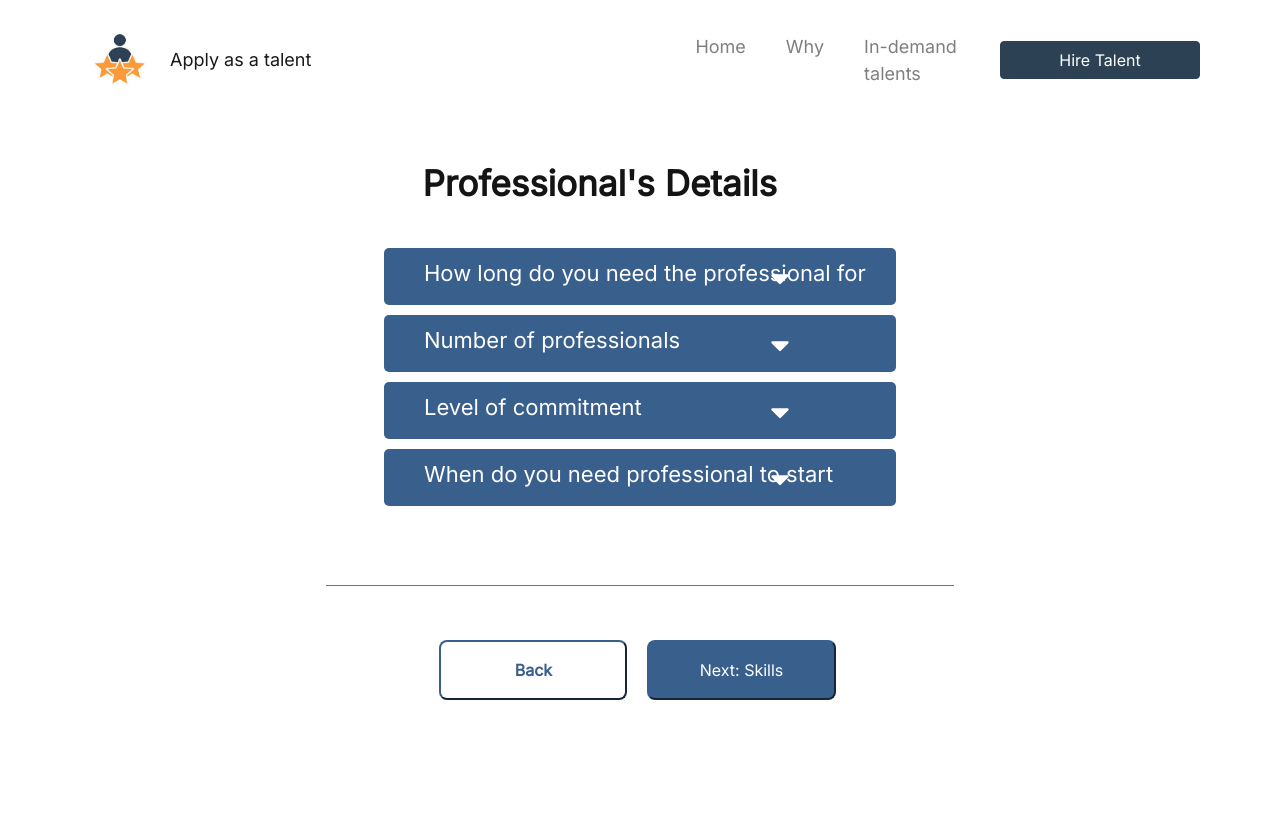
Repository: Ashwe9/talent-hire-reactJs
Page: /professionaldetails
The author's editor kept a copy of each file at every save. The page is drawn from the files as they stood at one save, then again after the next save.
The browser window is 1280 px wide. The pictures show the whole page.
The project was rebuilt for these pictures with package versions that can differ from the ones it lists, and the page was loaded fresh each time. Also part of the build but not shown: src/homePage/components/TrustedBy/TrustedBy.css, src/homePage/components/TrustedBy/TrustedBy.js, src/homePage/components/Roles/Roles.css, src/homePage/components/Roles/Roles.js, src/homePage/components/homePageFooter/HomePageFooter.css, src/homePage/components/homePageFooter/HomePageFooter.js, src/homePage/HomePage.js, src/kpisPage/Header.css and 9 more.

Above is the page before, as saved 2022-08-20 14:26:22.

### public/index.html
<!DOCTYPE html>
<html lang="en">
  <head>
    <meta charset="utf-8" />
    <link rel="icon" href="%PUBLIC_URL%/favicon.ico" />
    <meta name="viewport" content="width=device-width, initial-scale=1" />
    <meta name="theme-color" content="#000000" />
    <meta
      name="description"
      content="Web site created using create-react-app"
    />
    <link rel="manifest" href="%PUBLIC_URL%/manifest.json" />
    <link rel="stylesheet" href="https://stackpath.bootstrapcdn.com/bootstrap/4.4.1/css/bootstrap.min.css" integrity="sha384-Vkoo8x4CGsO3+Hhxv8T/Q5PaXtkKtu6ug5TOeNV6gBiFeWPGFN9MuhOf23Q9Ifjh" crossorigin="anonymous">
    <link href='https://fonts.googleapis.com/css?family=Inter' rel='stylesheet'>

    <title>App</title>
  </head>
  <body>
    <noscript>You need to enable JavaScript to run this app.</noscript>
    <div id="root"></div>
    <script src="https://code.jquery.com/jquery-3.4.1.slim.min.js" integrity="sha384-J6qa4849blE2+poT4WnyKhv5vZF5SrPo0iEjwBvKU7imGFAV0wwj1yYfoRSJoZ+n" crossorigin="anonymous"></script>
    <script src="https://cdn.jsdelivr.net/npm/popper.js@1.16.0/dist/umd/popper.min.js" integrity="sha384-Q6E9RHvbIyZFJoft+2mJbHaEWldlvI9IOYy5n3zV9zzTtmI3UksdQRVvoxMfooAo" crossorigin="anonymous"></script>
    <script src="https://stackpath.bootstrapcdn.com/bootstrap/4.4.1/js/bootstrap.min.js" integrity="sha384-wfSDF2E50Y2D1uUdj0O3uMBJnjuUD4Ih7YwaYd1iqfktj0Uod8GCExl3Og8ifwB6" crossorigin="anonymous"></script>  </body>
</html>

### src/App.js
import React from 'react'
import { BrowserRouter as Router, Route, Routes, Navigate } from 'react-router-dom';
import { HomePage } from './homePage/HomePage';
import KPISPage from './kpisPage/KPISPage';
import ProjectDetails from './projectDetails/ProjectDetails';
import ProfessionalDetails from './professionalDetails/ProfessionalDetails';

function App() {
  return (
    <Router>
      <Routes>
        <Route exact path="*" element={<Navigate to="/" replace />}/>
        <Route exact path="/" element={<HomePage />} />
        <Route exact path="/kpis" element={<KPISPage />} />
        <Route exact path="/projectdetails" element={<ProjectDetails />} />
        <Route exact path="/professionaldetails" element={<ProfessionalDetails />} />

      </Routes>
    </Router>
  );
}

export default App;

### src/professionalDetails/ProfessionalDetails.js
import React from 'react'
import './ProfessionalDetails.css'
import { Navbar } from '../shared-components/Navbar/Navbar'
import { Footer } from '../shared-components/Footer/Footer'
import DropDown from './DropDown'
import Header from './Header'

const ProfessionalDetails = () => {
  return (
    <div>
      <Navbar />
      <Header />
      <DropDown title="How long do you need the professional for"/>
      <DropDown title="Number of professionals"/>
      <DropDown title="Level of commitment"/>
      <DropDown title="When do you need professional to start"/>
      <Footer nextTitle="Next: Skills" nextPath="/skills" previousPath="/projectdetails" />
    </div>
  )
}

export default ProfessionalDetails

### src/shared-components/Navbar/Navbar.js
import React from 'react'
import './Navbar.css'
import { Navigate, useNavigate } from 'react-router-dom'

export const Navbar = () => {
  let navigate = useNavigate();

  return (
    <nav className="navbar navbar-expand-lg navbar-light">
      <img src= {require('../../assets/icon.png')} className="icon"/>
      <a className="navbar-brand title" href="#">Apply as a talent</a>
      <button className="navbar-toggler" type="button" data-toggle="collapse" data-target="#navbarText" aria-controls="navbarText" aria-expanded="false" aria-label="Toggle navigation">
        <span className="navbar-toggler-icon"></span>
      </button>
      <div className="collapse navbar-collapse" id="navbarText">
        <ul className="navbar-nav mr-auto">
          <li className="nav-item">
            <a className="nav-link" href="" onClick={() => {
                navigate('/', { replace: true });
              } }>Home</a>
          </li>

          <li className="nav-item">
            <a className="nav-link" href="#">Why</a>
          </li>
          <li className="nav-item">
            <a className="nav-link" href="#">In-demand talents</a>
          </li>
        </ul>
        <span className="navbar-text">
          <button className='btn btn-dark navbar-btn'>Hire Talent</button>
        </span>
      </div>
    </nav>
  )
}

### src/shared-components/Footer/Footer.js
import React from 'react'
import './Footer.css'
import { useNavigate  } from 'react-router-dom'


export  const Footer = ({nextTitle, nextPath, previousPath}) => {

  let navigate = useNavigate();

  const goNext = () => {
    let path =  nextPath;
    navigate(path);
  };
  const goBack = () => {
    let path =  previousPath;
    navigate(path);
  };

  return (
      <footer>
        <div className='Footer-box'>
            <hr id="footer-line"/>
            <div className='buttons'>
              <button className='Footer-button-back'
              onClick={goBack}
                >Back</button>

              <button className='Footer-button-next'
              onClick={goNext}
                >{nextTitle}</button>
        </div>
        </div>
      </footer>
    )
  }

### src/professionalDetails/DropDown.js
import {FaCaretDown, FaCaretUp} from 'react-icons/fa'
import React , { useState } from 'react'
import './DropDown.css'
import { left } from '@popperjs/core'


const DropDown = ({title}) => {
    const [x, setCount] = useState(0);
    const incrementCount = () => {
        setCount(x + 1);
      };

  return (
    <div>
        <div className='dropdowns-box' onClick={incrementCount} >
            <p className='dropdowns-title'>{title}</p>
            <a> { x%2===0 ? <FaCaretDown id='icons' size={30} style={{}} /> : <FaCaretUp id='icons' size={30} style={{}} />}</a>
        </div>
        {/* x%2===1 ? <Talents title={title}/> : <></>*/}
    </div>
  )
}

export default DropDown

### src/professionalDetails/Header.js
import React from 'react'

const Header = () => {
  return (
    <div className='headers-box'>
        <p className='header'>
            Professional's Details
        </p>
    </div>
  )
}

export default Header

### src/shared-components/Navbar/Navbar.css
.icon{
    width: 80px;
}

.title{
    font-family: "Inter";
    font-style: normal;
    font-weight: 500;
    font-size: 18px;
    line-height: 28px;
    align-items: center;
    color: #444444;
    padding-left: 10px;
}

#navbarText{
    margin-left: 30%;
}
.navbar-items{
    margin: 0 35%;

}

.nav-item{
    font-family: "Inter";
    font-style: normal;
    font-weight: 500;
    font-size: 18px;
    align-items: center;
    color: #444444;
    padding-left: 24px;
}

.navbar-btn{
    font-family: "Inter";
    font-style: bold;
    background: #2c4154;
    /* padding: 5px 50px; */
    border-color: #2c4154;
    width: 200px;
}

.navbar{
    margin: 10px 5%;
}

@media only screen and (max-width: 600px) {
    body {
      background-color: lightblue;
    }
  }

### src/shared-components/Footer/Footer.css
#footer-line{
    background-color: gray;
    width: 50%;
}

.Footer-box{
    margin-top: 50px;
    padding: 1%;
}

.buttons{
    display: flex;
}

.Footer-button-back{
    margin-top: 3%;
    /* margin-left: 30%; */
    font-family: "Inter";
    font-style: bolder;
    font-weight: 700;
    padding: 1% 1%;
    background-color: white;
    border-color: #395f8c;
    color: #395f8c;
    height: 60px;
    width: 15%;
    border-radius: 0.5rem;
    margin-left: 34%;
    margin-bottom: 10%;
}
.Footer-button-next{
    margin-top: 3%;
    /* margin-left: 30%; */
    font-family: "Inter";
    font-style: bold;
    font-weight: 500;
    background: #395f8c;
    border-color: #395f8c;
    padding: 1% 1%;
    height: 60px;
    width: 15%;
    border-radius: 0.5rem;
    margin-bottom: 10%;
    margin-left: 20px;
    color: white;
    line-height: 1;
}

@media only screen and (max-width: 700px) {
    #footer-line{
        background-color: gray;
        width: 80%;
    }
    .Footer-button-next{
        padding: 2% ;
        height: 10%;
        width: fit-content;
        margin-left: 5%;
        font-size: 12px;
    }
    .Footer-button-back{
        padding: 2% ;
        height: 10%;
        width: 20%;
        margin-left: 20%;
        font-size: 12px;
    }
}

### src/projectDetails/Header.css
.headers-box{
    margin: 20px 30%;
    padding: 3%;
    padding-bottom: 0%;
    align-items: center;
    width: 40%;
}

.header{
    font-family: "Inter";
    font-style: bolder;
    font-weight: 600;
    font-size: 35px;
    line-height: 30px;
    align-items: center;
    color: #141414;
    margin-bottom: 50px;
}

.header-by-title{
    font-family: "Inter";
    font-style: bolder;
    font-weight: 700;
    font-size: 25px;
    line-height: 30px;
    align-items: center;
    color: #141414;
}


@media only screen and (max-width: 700px) {

    .header-by-title{
        font-size: 16px;
    }

    .header-box{
        margin-left: 40px;
        width: 100%;
    }
  }
@media only screen and (max-width: 450px) {
    .header-by-title{
        font-size: 13px;
    }
    .header-box{
        margin-left: 70px;
        width: 100%;
    }
}

### src/professionalDetails/DropDown.css
.dropdowns-box{
    padding-top: 10px;
    padding-bottom: 1px;
    width: 40%;
    background-color: #395f8c;
    border-radius: 5px;
    display: flex;
    cursor: pointer;
    margin-bottom: 10px;
    margin-left: 30%;

}

.dropdowns-title{
    font-family: "Inter";
    font-style: bolder;
    font-weight: 300;
    font-size: 22px;
    line-height: 30px;
    align-items: center;
    color: white;
    margin-left: 40px;
}

#icons{
    color: white;
    position:absolute;
    right:480px;
}


@media only screen and (max-width: 700px) {

    .dropdowns-title{
        font-size: 16px;
        margin-left: 15px;
    }

    .dropdowns-box{
        margin-left: 60px;
        width: 75%;
    }
    #icon{
        opacity: 0;
    }
  }
@media only screen and (max-width: 450px) {
    .dropdowns-title{
        font-size: 11px;
        margin-left: 0;
    }
    .dropdowns-box{
        margin-left: 30px;
        width: 60%;
    }

    #icon{
        opacity: 0;
    }
}

### src/kpisPage/Talents.css
.talents-box{
    margin-left: 515px;
}

.talent-item-active{
    background: #FFFFFF;
    border: 1px solid #395F8C;
    box-sizing: border-box;
    box-shadow: 0px 4px 14px 1px rgba(0, 0, 0, 0.04);
    border-radius: 6px;
    display: flex;
    padding: 10px;
    padding-right: 32px;
    width: fit-content;
    margin-right: 10px;
}

#icons{
    color: #395F8C;
    position:absolute;
    margin-top: 5px;
    margin-left: 15px;
    margin-right: 5px;
}

.talent-item{
    opacity: 0.8;
    background: #f0f0f0;
    border: 0.2px solid #f0f0f0;
    box-sizing: border-box;
    box-shadow: 0px 2px 14px 1px rgba(0, 0, 0, 0.06);
    border-radius: 6px;
    display: flex;
    padding: 10px;
    padding-right: 32px;
    width: fit-content;
    margin-right: 10px;
}


.talent-item-paragraph-active{
    font-family: "Inter";
    font-style: normal;
    font-weight: bolder;
    font-size: 16px;
    display: flex;
    align-items: center;
    color: #395f8c;
}

.talent-item-paragraph{
    font-family: "Inter";
    font-style: normal;
    font-weight: normal;
    font-size: 16px;
    display: flex;
    align-items: center;
    opacity: 0.8;
    color: #6d7686;
}


@media only screen and (max-width: 700px) {
    .talent-item-paragraph-active{
        font-size: 10px;
    }

    .talent-item-paragraph{
        font-size: 10px;
        font-weight: bold;
    }

    .talents-box{
        margin-left: 80px;
    }

    .talent-item{
        opacity: 0.8;
        background: #f0f0f0;
        box-sizing: border-box;
        display: flex;
        width: fit-content;
        margin-bottom: 5px;
    }

    .talent-item-active{
        opacity: 0.8;
        background: #f0f0f0;
        box-sizing: border-box;
        display: flex;
        width: fit-content;
    }

    #icons{
        color: #395F8C;
        position:absolute;
        margin-top: 2px;
        margin-left: 2px;
        margin-right: 0.5px;
    }
  }
@media only screen and (max-width: 450px) {
    .talent-item-paragraph-active{
        font-size: 8px;
    }

    .talent-item-paragraph{
        font-size: 8px;
    }
    .talents-box{
        margin-left: 110px;
    }

    .talent-item{
        opacity: 0.8;
        background: #f0f0f0;
        box-sizing: border-box;
        display: flex;
        width: fit-content;
    }

    .talent-item-active{
        opacity: 0.8;
        background: #f0f0f0;
        box-sizing: border-box;
        display: flex;
        width: fit-content;
    }
}

input[type="checkbox"] { /* change "blue" browser chrome to yellow */
    filter: invert(20%) hue-rotate(15deg) brightness(1.4);
  }

Loaded but not shown: src/index.js (common file); src/reportWebVitals.js (common file); src/index.css (no stored copy; drawn as an empty file); src/kpisPage/KPISPage.css (no stored copy; drawn as an empty file); src/professionalDetails/ProfessionalDetails.css (no stored copy; drawn as an empty file)

After the next save:
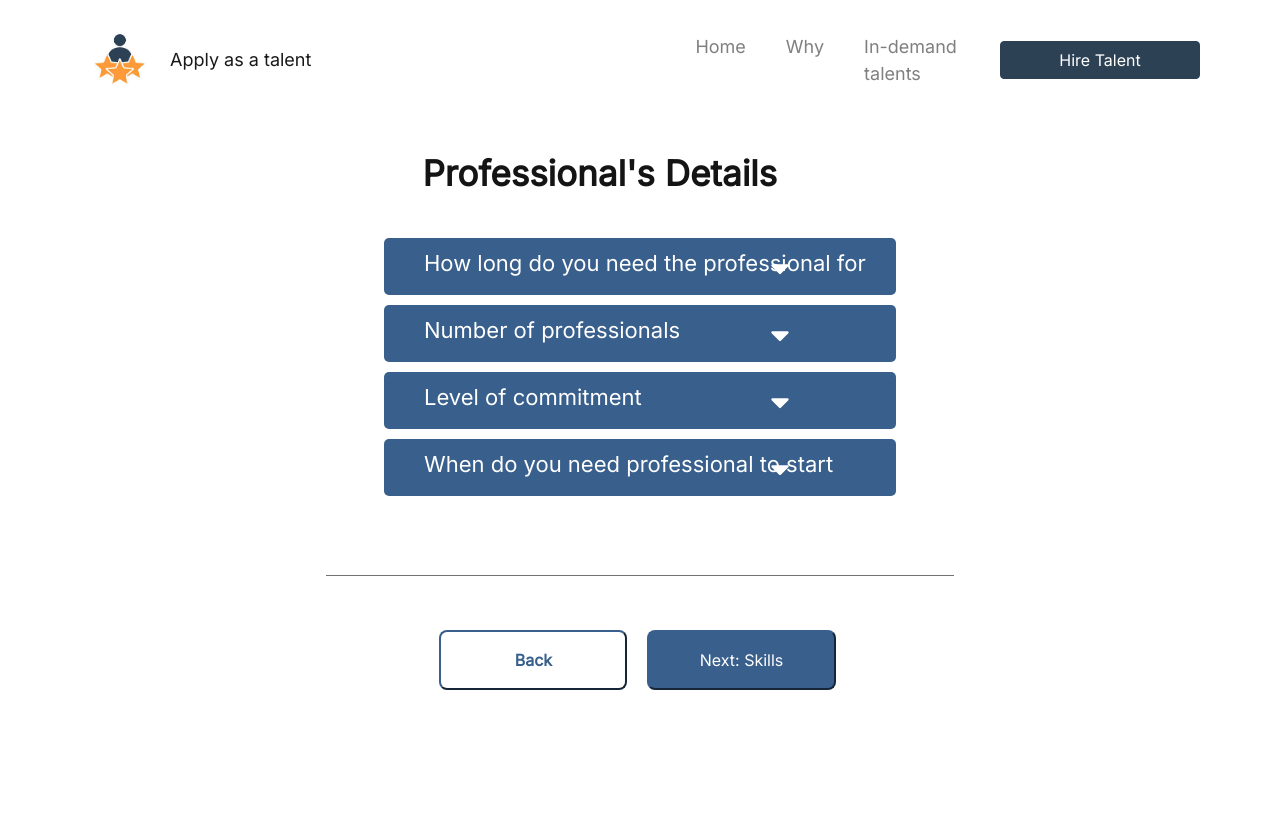
Saved 20 s later.
--- a/src/projectDetails/Header.css
+++ b/src/projectDetails/Header.css
@@ -1,5 +1,5 @@
 .headers-box{
-    margin: 20px 30%;
+    margin: 10px 30%;
     padding: 3%;
     padding-bottom: 0%;
     align-items: center;
